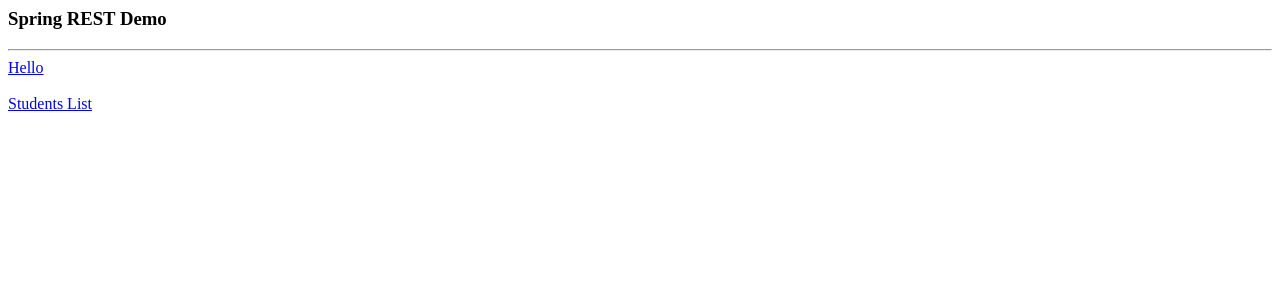
Repository: Shashank-deb/Spring-REST
Page: http://localhost/spring-rest-demo/
An editor plug-in stored every save of this project. The page is shown before and after the next save, followed by the edit.
The browser window is 1280 px wide. The pictures show the whole page.
The page is served by Tomcat 9.

Above is the page before, as saved 2023-01-16 12:09:23.

After the next save:
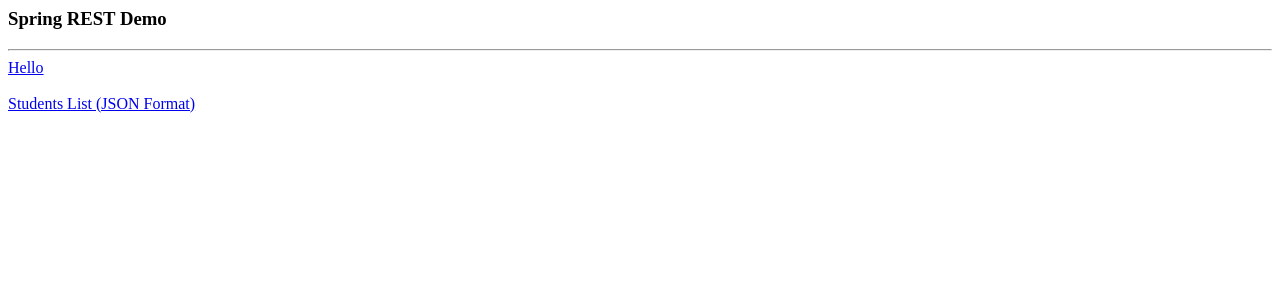
Saved 6 s later.
--- a/spring-rest-demo/src/main/webapp/index.jsp
+++ b/spring-rest-demo/src/main/webapp/index.jsp
@@ -11,7 +11,7 @@
 	<a href="${pageContext.request.contextPath }/test/hello">Hello</a>
 	<br><br>
 
-	<a href="${pageContext.request.contextPath }/api/students">Students List </a>
+	<a href="${pageContext.request.contextPath }/api/students">Students List (JSON Format)</a>
 
 </body>
 </html>
